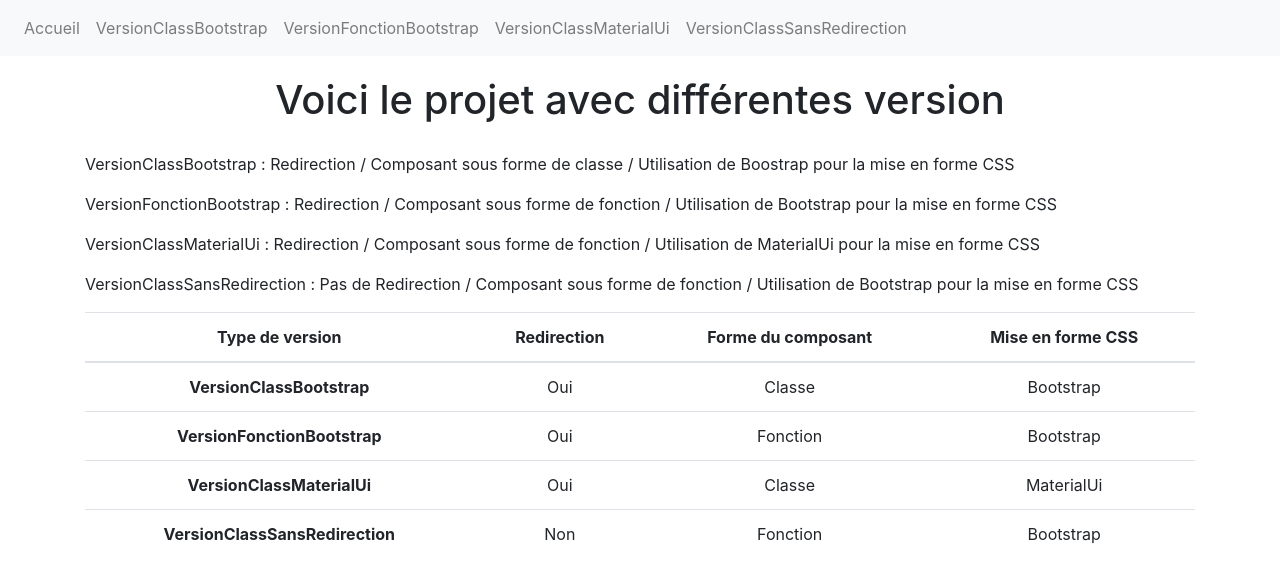
Repository: LudovicB21/CountryTest
Page: /
These files come from the project's save history. The page is drawn as it stood at one moment and after the next save; the edit follows.
The browser window is 1280 px wide. The pictures show the whole page.
The project was rebuilt for these pictures with package versions that can differ from the ones it lists, and the page was loaded fresh each time. Also part of the build but not shown: src/components/VersionClassBootstrap/ListPays.components.js, src/components/VersionClassMaterialUi/ListPays.components.js, src/components/VersionFonctionBoostrap/ListPays.components.js, src/components/VersionSansRedirection/ListPays.component.js, src/components/VersionClassBootstrap/InfoPays.components.js, src/components/VersionClassMaterialUi/InfoPays.components.js, src/components/VersionFonctionBoostrap/InfoPays.components.js.

Above is the page before, as saved 2020-10-29 13:33:54.

### public/index.html
<!DOCTYPE html>
<html lang="en">
  <head>
    <meta charset="utf-8" />
    <link rel="icon" href="%PUBLIC_URL%/favicon.ico" />
    <link rel="stylesheet" href="https://cdn.jsdelivr.net/npm/bootstrap@4.5.3/dist/css/bootstrap.min.css" integrity="sha384-TX8t27EcRE3e/ihU7zmQxVncDAy5uIKz4rEkgIXeMed4M0jlfIDPvg6uqKI2xXr2" crossorigin="anonymous">
    <meta name="viewport" content="width=device-width, initial-scale=1" />
    <meta name="theme-color" content="#000000" />
    <meta
      name="description"
      content="Web site created using create-react-app"
    />
    <link rel="apple-touch-icon" href="%PUBLIC_URL%/logo192.png" />
    <!--
      manifest.json provides metadata used when your web app is installed on a
      user's mobile device or desktop. See https://developers.google.com/web/fundamentals/web-app-manifest/
    -->
    <link rel="manifest" href="%PUBLIC_URL%/manifest.json" />
    <link
      rel="stylesheet"
      href="https://maxcdn.bootstrapcdn.com/bootstrap/4.5.0/css/bootstrap.min.css"
      integrity="sha384-9aIt2nRpC12Uk9gS9baDl411NQApFmC26EwAOH8WgZl5MYYxFfc+NcPb1dKGj7Sk"
      crossorigin="anonymous"
    />
    <link rel="stylesheet" href="https://cdn.jsdelivr.net/npm/bootstrap@4.5.3/dist/css/bootstrap.min.css" integrity="sha384-TX8t27EcRE3e/ihU7zmQxVncDAy5uIKz4rEkgIXeMed4M0jlfIDPvg6uqKI2xXr2" crossorigin="anonymous">

    <!--
      Notice the use of %PUBLIC_URL% in the tags above.
      It will be replaced with the URL of the `public` folder during the build.
      Only files inside the `public` folder can be referenced from the HTML.

      Unlike "/favicon.ico" or "favicon.ico", "%PUBLIC_URL%/favicon.ico" will
      work correctly both with client-side routing and a non-root public URL.
      Learn how to configure a non-root public URL by running `npm run build`.
    -->
    <title>React App</title>
  </head>
  <body>
    <noscript>You need to enable JavaScript to run this app.</noscript>
    <div id="root"></div>
    <!--
      This HTML file is a template.
      If you open it directly in the browser, you will see an empty page.

      You can add webfonts, meta tags, or analytics to this file.
      The build step will place the bundled scripts into the <body> tag.

      To begin the development, run `npm start` or `yarn start`.
      To create a production bundle, use `npm run build` or `yarn build`.
    -->
  </body>
</html>

### src/App.js
import React from 'react';
import './App.css';
import ListPays from "./components/VersionClassBootstrap/ListPays.components"
import ListPaysMaterial from "./components/VersionClassMaterialUi/ListPays.components"
import ListPaysFonction from "./components/VersionFonctionBoostrap/ListPays.components"
import ListPaysSansRedirection from "./components/VersionSansRedirection/ListPays.component"
import Accueil from "./components/Accueil"
import { BrowserRouter as Router, Route, Switch} from 'react-router-dom'
import InfoPays from "./components/VersionClassBootstrap/InfoPays.components"
import InfosPaysMaterial from "./components/VersionClassMaterialUi/InfoPays.components"
import InfoPaysFonction from "./components/VersionFonctionBoostrap/InfoPays.components"
import Nav from "./components/Navigation"
function App() {
  return (
    <div className="App">
        <Router>
          <Nav />
          <Switch>
            <Route path="/"  exact component={Accueil} />
            <Route path="/VersionClassBootstrap" exact component={ListPays} />
            <Route path="/VersionFonctionBoostrap" exact component={ListPaysFonction} />
            <Route path="/VersionClassMaterialUi" exact component={ListPaysMaterial} />
            <Route path="/VersionSansRedirection" exact component={ListPaysSansRedirection} />
            <Route path="/VersionClassMaterialUi/:id" component={InfosPaysMaterial} />
            <Route path="/VersionClassBootstrap/:id"  component={InfoPays }/>
            <Route path="/VersionFonctionBoostrap/:id" component={InfoPaysFonction} />
          </Switch>
        </Router>
    </div>
  );
}

export default App;

### src/components/Accueil.js
import React, { Component } from 'react'

class Accueil extends Component {
    render() {
        return (
            <div className="container">
                <h1 style={{padding: "20px"}}> Voici le projet avec différentes version  </h1>
                <div style={{textAlign: "left"}}>
                    <p> VersionClassBootstrap :
                          Redirection
                        / Composant sous forme de classe
                        / Utilisation de Boostrap pour la mise en forme CSS {"\n"}
                    </p>
                    <p> VersionFonctionBootstrap :
                          Redirection
                        / Composant sous forme de fonction
                        / Utilisation de Bootstrap pour la mise en forme CSS {"\n"}
                    </p>
                    <p> VersionClassMaterialUi :
                          Redirection
                        / Composant sous forme de fonction
                        / Utilisation de MaterialUi pour la mise en forme CSS {"\n"}
                    </p>
                    <p> VersionClassSansRedirection :
                          Pas de Redirection
                        / Composant sous forme de fonction
                        / Utilisation de Bootstrap pour la mise en forme CSS {"\n"}
                    </p>
                </div>
                <table class="table">
                    <thead>
                        <tr>
                        <th scope="col">Type de version </th>
                        <th scope="col">Redirection</th>
                        <th scope="col">Forme du composant</th>
                        <th scope="col">Mise en forme CSS </th>
                        </tr>
                    </thead>
                    <tbody>
                        <tr>
                        <th scope="row">VersionClassBootstrap</th>
                            <td>Oui</td>
                            <td>Classe</td>
                            <td>Bootstrap  </td>
                        </tr>
                        <tr>
                        <th scope="row">VersionFonctionBootstrap</th>
                            <td>Oui</td>
                            <td>Fonction</td>
                            <td>Bootstrap</td>
                        </tr>
                        <tr>
                        <th scope="row">VersionClassMaterialUi</th>
                            <td>Oui</td>
                            <td>Classe</td>
                            <td>MaterialUi</td>
                        </tr>
                        <tr>
                        <th scope="row">VersionClassSansRedirection</th>
                            <td>Non</td>
                            <td>Fonction</td>
                            <td>Bootstrap</td>
                        </tr>
                    </tbody>
                    </table>
            </div>
        )
    }
}

export default Accueil

### src/components/Navigation.js
import React, { Component } from 'react';
import { Link } from 'react-router-dom';

class Navigation extends Component {
    render() {
        return (
            <nav className="navbar navbar-expand-lg navbar-light bg-light">
            <button className="navbar-toggler" type="button" data-toggle="collapse" data-target="#navbarNav" aria-controls="navbarNav" aria-expanded="false" aria-label="Toggle navigation">
                <span className="navbar-toggler-icon"></span>
            </button>
            <div className="collapse navbar-collapse" id="navbarNav">
                <ul className="navbar-nav">
                    <Link to="/">
                        <li className="nav-item">
                            <a className="nav-link">Accueil</a>
                        </li>
                    </Link>
                    <Link to="/VersionClassBootstrap">
                        <li className="nav-item">
                            <a className="nav-link">VersionClassBootstrap</a>
                        </li>
                    </Link>
                    <Link to="/VersionFonctionBoostrap">
                        <li className="nav-item">
                            <a className="nav-link">VersionFonctionBootstrap</a>
                        </li>
                    </Link>
                    <Link to="/VersionClassMaterialUi">
                        <li className="nav-item">
                            <a className="nav-link">VersionClassMaterialUi</a>
                        </li>
                    </Link>
                    <Link to="/VersionSansRedirection">
                        <li className="nav-item">
                            <a className="nav-link">VersionClassSansRedirection</a>
                        </li>
                    </Link>
                </ul>
            </div>
            </nav>
        )
    }
}

export default Navigation

Loaded but not shown: src/index.js (common file); src/index.css (common file); src/serviceWorker.js (common file); src/App.css (common file)

After the next save:
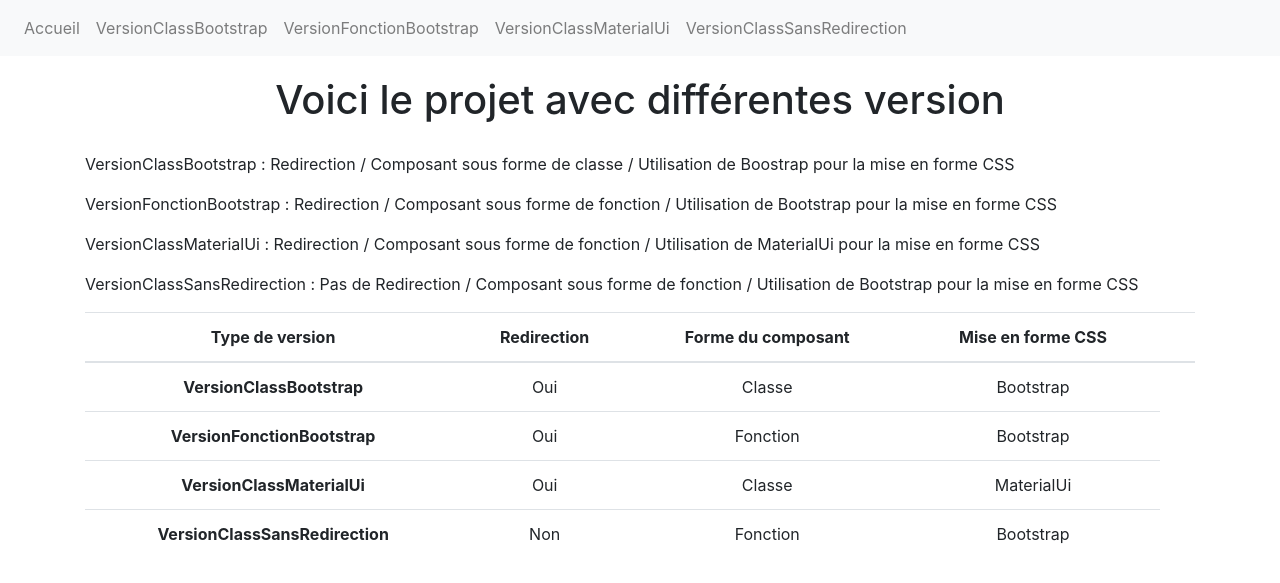
Saved 7 s later.
--- a/src/components/Accueil.js
+++ b/src/components/Accueil.js
@@ -34,6 +34,7 @@ class Accueil extends Component {
                         <th scope="col">Redirection</th>
                         <th scope="col">Forme du composant</th>
                         <th scope="col">Mise en forme CSS </th>
+                        <th></th>
                         </tr>
                     </thead>
                     <tbody>
